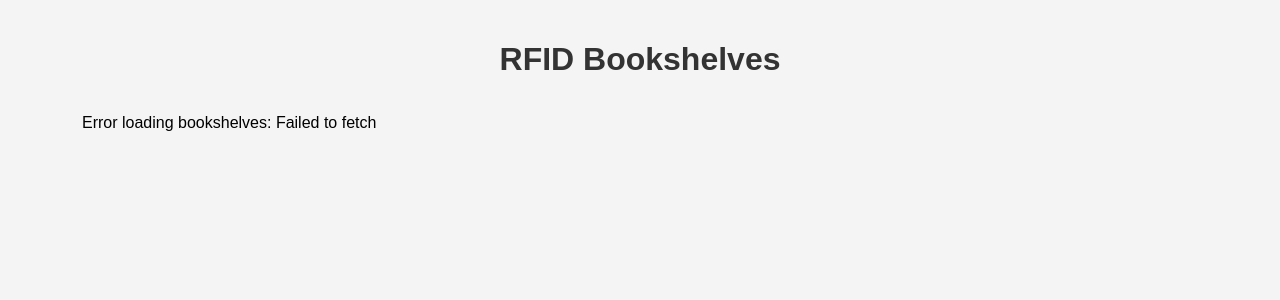
Repository: grebail/Comp-FYP
Page: public/rfid_status.html
The author's editor kept a copy of each file at every save. The page is drawn from the files as they stood at one save, then again after the next save.
The browser window is 1280 px wide. The pictures show the whole page.
The page's requests for data from a server got no answer.

Above is the page before, as saved 2025-03-24 16:07:23.

After the next save:
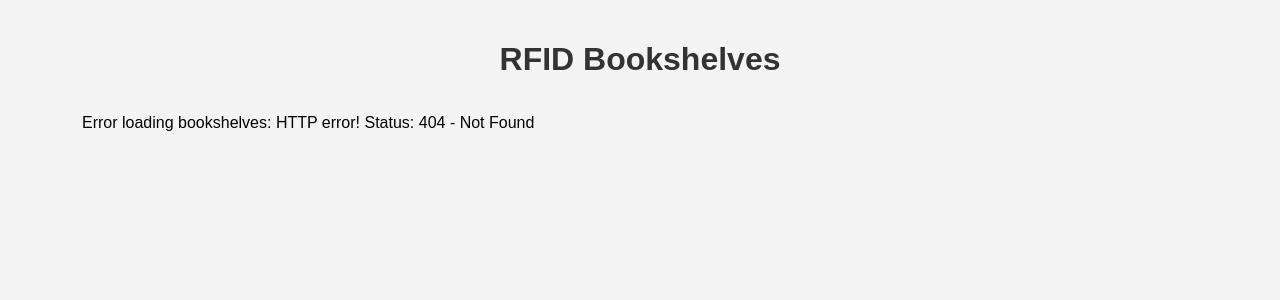
Not found: api/rfid-readers
Saved 4 min 12 s later.
--- a/public/rfid_status.html
+++ b/public/rfid_status.html
@@ -171,7 +171,7 @@
 
         async function fetchBookshelfData() {
             try {
-                const response = await fetch('http://comp-fyp.onrender.com/api/rfid-readers');
+                const response = await fetch('/api/rfid-readers');
                 if (!response.ok) {
                     throw new Error(`HTTP error! Status: ${response.status} - ${response.statusText}`);
                 }

After the save that followed:
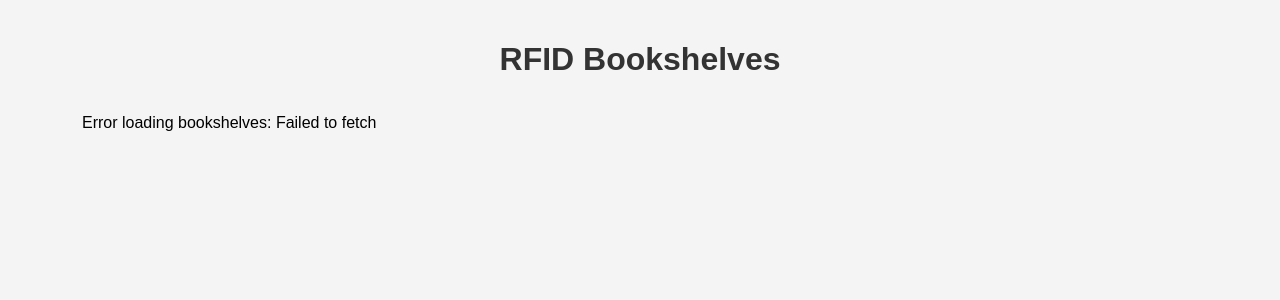
Saved 4 s later.
--- a/public/rfid_status.html
+++ b/public/rfid_status.html
@@ -171,7 +171,7 @@
 
         async function fetchBookshelfData() {
             try {
-                const response = await fetch('/api/rfid-readers');
+                const response = await fetch('http://localhost:10000/api/rfid-readers');
                 if (!response.ok) {
                     throw new Error(`HTTP error! Status: ${response.status} - ${response.statusText}`);
                 }
